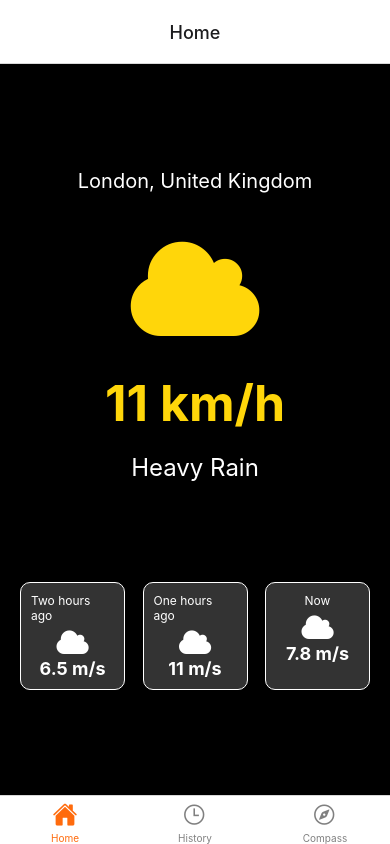
Repository: duongnoob23/WIND_SPEED_IOT
Screen: /
These files come from the project's save history. The screen is drawn as it stood at one moment and after the next save; the edit follows.
The app was drawn by React Native's web renderer in a window 390 px wide. The project was rebuilt for these pictures with package versions that can differ from the ones it lists, and the page was loaded fresh each time. Also part of the build but not shown: src/page/screens/HomeScreen.js, src/page/screens/Compass.js.

Above is the screen before, as saved 2025-03-11 22:13:10.

### App.tsx
import React from "react";
import { NavigationContainer } from "@react-navigation/native";
import AppNavigator from "./src/navigation/AppNavigator";

const App = (): JSX.Element => {
  return (
    <NavigationContainer>
      <AppNavigator />
    </NavigationContainer>
  );
};

export default App;

### src/navigation/AppNavigator.tsx
import React from "react";
import TabNavigator from "./TabNavigator";

const AppNavigator = () => {
  return <TabNavigator />;
};

export default AppNavigator;

### src/navigation/TabNavigator.tsx
import React from "react";
import { createBottomTabNavigator } from "@react-navigation/bottom-tabs";
import { Ionicons } from "@expo/vector-icons";

// Import các màn hình
import HomeScreen from "../page/screens/HomeScreen";
import ExpensesScreen from "../page/screens/Compass";
import WindScreen from "../page/screens/WindScreen";

const Tab = createBottomTabNavigator();

const TabNavigator = () => {
  return (
    <Tab.Navigator
      screenOptions={({ route }) => ({
        tabBarIcon: ({ focused, color, size }) => {
          let iconName: keyof typeof Ionicons.glyphMap;
          if (route.name === "Home") {
            iconName = focused ? "home" : "home-outline";
          } else if (route.name === "Expenses") {
            iconName = focused ? "cash" : "cash-outline";
          } else if (route.name === "Portfolio") {
            iconName = focused ? "stats-chart" : "stats-chart-outline";
          } else if (route.name === "BankAccounts") {
            iconName = focused ? "wallet" : "wallet-outline";
          } else if (route.name === "History") {
            iconName = focused ? "time" : "time-outline"; // Ví dụ
          } else if (route.name === "Compass") {
            iconName = focused ? "compass" : "compass-outline"; // Ví dụ
          } else {
            iconName = "help-circle-outline";
          }
          return <Ionicons name={iconName} size={size} color={color} />;
        },
        tabBarActiveTintColor: "#FF6B0D",
        tabBarInactiveTintColor: "gray",
        headerTitleAlign: "center",
      })}
    >
      <Tab.Screen name="Home" component={WindScreen} />
      <Tab.Screen name="History" component={HomeScreen} />
      <Tab.Screen name="Compass" component={ExpensesScreen} />
      {/* <Tab.Screen name="BankAccounts" component={BankAccountsScreen} />
      <Tab.Screen name="Core" component={CoreNavigation} /> */}
    </Tab.Navigator>
  );
};
export default TabNavigator;

### src/page/screens/WindScreen.js
// import React from "react";
// import { View, Text, StyleSheet } from "react-native";
// // Ionicons (hoặc dùng bất kỳ bộ icon nào bạn thích)
// import { Ionicons } from "@expo/vector-icons";

// const WindScreen = () => {
//   // Dữ liệu demo
//   const windSpeed = 7.8; // Đơn vị m/s (hoặc km/h)
//   const windLevel = "Gentle Breeze"; // Mức độ gió (tùy vào thang đo Beaufort)

//   return (
//     <View style={styles.container}>
//       {/* Tiêu đề (ví dụ hiển thị tên địa điểm, có thể bỏ nếu không cần) */}
//       <Text style={styles.locationText}>Hà Nội, Việt Nam</Text>

//       {/* Icon gió lớn ở giữa */}
//       <Ionicons name="md-wind" size={120} color="#fff" style={styles.icon} />

//       {/* Thông số tốc độ gió */}
//       <Text style={styles.windSpeed}>{windSpeed} m/s</Text>

//       {/* Mô tả mức độ gió */}
//       <Text style={styles.windLevel}>{windLevel}</Text>
//     </View>
//   );
// };

// export default WindScreen;

// const styles = StyleSheet.create({
//   container: {
//     flex: 1,
//     backgroundColor: "#4776E6", // Màu nền giả lập, bạn có thể đổi thành gradient
//     alignItems: "center",
//     justifyContent: "center",
//   },
//   locationText: {
//     fontSize: 20,
//     color: "#fff",
//     marginBottom: 20,
//   },
//   icon: {
//     marginVertical: 20,
//   },
//   windSpeed: {
//     fontSize: 50,
//     color: "#fff",
//     fontWeight: "bold",
//     marginBottom: 10,
//   },
//   windLevel: {
//     fontSize: 24,
//     color: "#fff",
//   },
// });

import React, { useEffect } from "react";
import { View, Text, StyleSheet, Animated, ScrollView } from "react-native";
import Icon from "react-native-vector-icons/FontAwesome"; // Sử dụng FontAwesome từ react-native-vector-icons

const WindScreen = () => {
  // Animated value cho hiệu ứng rung
  const shakeAnimation = new Animated.Value(0);

  // Dữ liệu demo
  const currentWindSpeed = 11; // m/s (theo hình ảnh)
  const windLevel = "Heavy Rain"; // Theo hình ảnh
  const forecastData = [
    { day: "Two hours ago", speed: 6.5, icon: "cloud" },
    { day: "One hours ago", speed: 11, icon: "cloud" },
    { day: "Now", speed: 7.8, icon: "cloud" },
  ];

  // Hiệu ứng rung cho icon
  useEffect(() => {
    const animate = () => {
      Animated.sequence([
        Animated.timing(shakeAnimation, {
          toValue: 10,
          duration: 100,
          useNativeDriver: true,
        }),
        Animated.timing(shakeAnimation, {
          toValue: -10,
          duration: 100,
          useNativeDriver: true,
        }),
        Animated.timing(shakeAnimation, {
          toValue: 0,
          duration: 100,
          useNativeDriver: true,
        }),
      ]).start(() => setTimeout(animate, 2000)); // Lặp lại sau 2 giây
    };
    animate();
  }, [shakeAnimation]);

  const shakeStyle = {
    transform: [{ translateX: shakeAnimation }],
  };

  return (
    // <ScrollView>
    <View style={styles.container}>
      <Text style={styles.locationText}>London, United Kingdom</Text>

      <Animated.View style={[styles.iconContainer, shakeStyle]}>
        <Icon name="cloud" size={120} color="#FFD60A" />
      </Animated.View>

      <Text style={styles.windSpeed}>{currentWindSpeed} km/h</Text>
      <Text style={styles.windLevel}>{windLevel}</Text>

      <View style={styles.forecastContainer}>
        {forecastData.map((item, index) => (
          <View key={index} style={styles.forecastBox}>
            <Text style={styles.forecastDay}>{item.day}</Text>
            <Icon name={item.icon} size={30} color="#fff" />
            <Text style={styles.forecastSpeed}>{item.speed} m/s</Text>
          </View>
        ))}
      </View>
    </View>
    // {/* </ScrollView> */}
  );
};

export default WindScreen;

const color1 = "black";

const styles = StyleSheet.create({
  container: {
    flex: 1,
    // backgroundColor: "rgba(0, 0, 0, 0.5)", // Nền mờ ảo
    backgroundColor: "black",
    // borderColor: "black",
    // borderWidth: 10,
    alignItems: "center",
    justifyContent: "center",
    padding: 20,
  },
  locationText: {
    fontSize: 20,
    color: "#fff",
    marginBottom: 20,
    textAlign: "center",
  },
  iconContainer: {
    marginVertical: 20,
  },
  windSpeed: {
    fontSize: 50,
    color: "#FFD60A",
    fontWeight: "bold",
    marginBottom: 20,
    textAlign: "center",
  },
  windLevel: {
    fontSize: 24,
    color: "#fff",
    textAlign: "center",
    marginBottom: 100,
  },
  forecastContainer: {
    flexDirection: "row",
    justifyContent: "space-between",
    width: "100%",
  },
  forecastBox: {
    backgroundColor: "rgba(255, 255, 255, 0.2)", // Ô vuông mờ
    borderWidth: 1,
    borderColor: "#fff",
    borderRadius: 10,
    padding: 10,
    alignItems: "center",
    width: "30%",
  },
  forecastDay: {
    fontSize: 12,
    color: "#fff",
    marginBottom: 5,
  },
  forecastSpeed: {
    fontSize: 18,
    color: "#fff",
    fontWeight: "bold",
  },
});

After the next save:
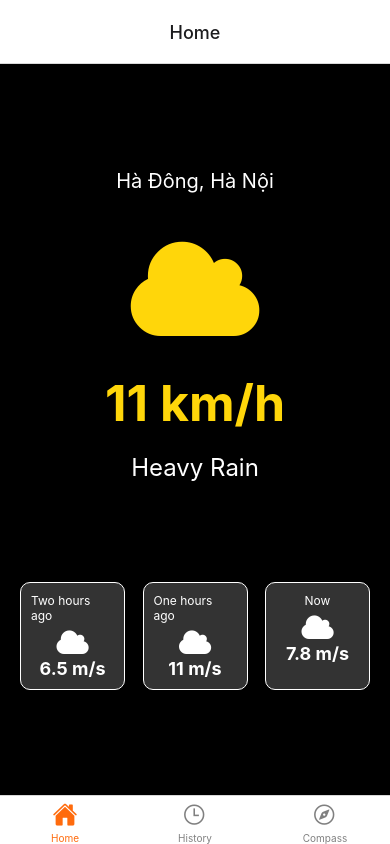
Saved 34 s later.
--- a/src/page/screens/WindScreen.js
+++ b/src/page/screens/WindScreen.js
@@ -1,59 +1,3 @@
-// import React from "react";
-// import { View, Text, StyleSheet } from "react-native";
-// // Ionicons (hoặc dùng bất kỳ bộ icon nào bạn thích)
-// import { Ionicons } from "@expo/vector-icons";
-
-// const WindScreen = () => {
-//   // Dữ liệu demo
-//   const windSpeed = 7.8; // Đơn vị m/s (hoặc km/h)
-//   const windLevel = "Gentle Breeze"; // Mức độ gió (tùy vào thang đo Beaufort)
-
-//   return (
-//     <View style={styles.container}>
-//       {/* Tiêu đề (ví dụ hiển thị tên địa điểm, có thể bỏ nếu không cần) */}
-//       <Text style={styles.locationText}>Hà Nội, Việt Nam</Text>
-
-//       {/* Icon gió lớn ở giữa */}
-//       <Ionicons name="md-wind" size={120} color="#fff" style={styles.icon} />
-
-//       {/* Thông số tốc độ gió */}
-//       <Text style={styles.windSpeed}>{windSpeed} m/s</Text>
-
-//       {/* Mô tả mức độ gió */}
-//       <Text style={styles.windLevel}>{windLevel}</Text>
-//     </View>
-//   );
-// };
-
-// export default WindScreen;
-
-// const styles = StyleSheet.create({
-//   container: {
-//     flex: 1,
-//     backgroundColor: "#4776E6", // Màu nền giả lập, bạn có thể đổi thành gradient
-//     alignItems: "center",
-//     justifyContent: "center",
-//   },
-//   locationText: {
-//     fontSize: 20,
-//     color: "#fff",
-//     marginBottom: 20,
-//   },
-//   icon: {
-//     marginVertical: 20,
-//   },
-//   windSpeed: {
-//     fontSize: 50,
-//     color: "#fff",
-//     fontWeight: "bold",
-//     marginBottom: 10,
-//   },
-//   windLevel: {
-//     fontSize: 24,
-//     color: "#fff",
-//   },
-// });
-
 import React, { useEffect } from "react";
 import { View, Text, StyleSheet, Animated, ScrollView } from "react-native";
 import Icon from "react-native-vector-icons/FontAwesome"; // Sử dụng FontAwesome từ react-native-vector-icons
@@ -102,7 +46,7 @@ const WindScreen = () => {
   return (
     // <ScrollView>
     <View style={styles.container}>
-      <Text style={styles.locationText}>London, United Kingdom</Text>
+      <Text style={styles.locationText}>Hà Đông, Hà Nội</Text>
 
       <Animated.View style={[styles.iconContainer, shakeStyle]}>
         <Icon name="cloud" size={120} color="#FFD60A" />
